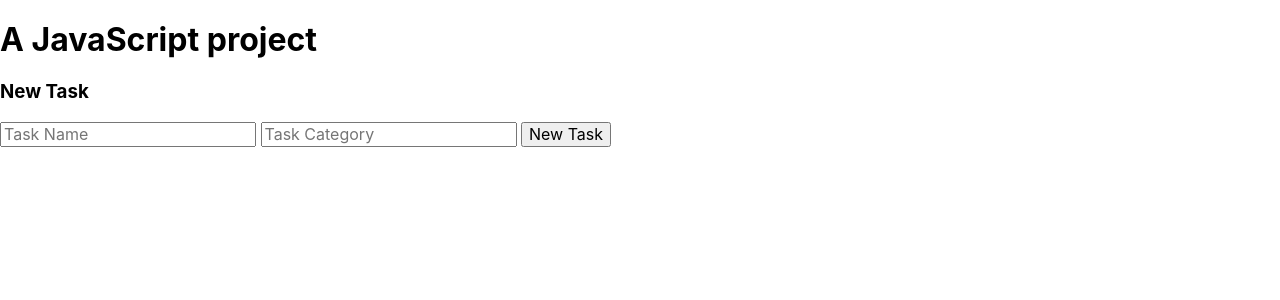
Repository: randysteele/todoapp-
Page: src/index.html
The author's editor kept a copy of each file at every save. The page is drawn from the files as they stood at one save, then again after the next save.
The browser window is 1280 px wide. The pictures show the whole page.
The page's requests for data from a server got no answer.

Above is the page before, as saved 2021-02-09 16:18:07.
Console error: SyntaxError: Identifier 'backend_url' has already been declared

### src/index.html
<!DOCTYPE html>
<html lang="en">
<head>
  <title>A JavaScript project</title>
  <link rel="stylesheet" href="style.css">
  <meta name="viewport" content="width=device-width, initial-scale=1">
  <script type="application/javascript" src="/main.js" charset="UTF-8"></script>
  <script type="application/javascript" src="/task.js" charset="UTF-8"></script>

</head>
<body>
  <h1>A JavaScript project</h1>
  <div id="task-container">

  </div>
  <div class="form-container">
    <h3>New Task</h3>
    <form id="create-task-form" class="form">
     <input id="input-name" type="text" name="name" value="" placeholder="Task Name">
     <input id="input-name" type="text" name="name" value="" placeholder="Task Category">
     <input id="Add New Task" type="submit" name="New Task" value="New Task">

    </form>


  </div>

  <div id="app"></div>
  <script src="main.js"></script>
</body>
</html>

### src/main.js
'use strict';
const backend_url = "http://localhost:3000/tasks"

document.addEventListener('DOMContentLoaded', () => {
  getTasks();


const createTaskForm = document.getElementById("create-task-form");

  createTaskForm.addEventListener("submit", (e) => {
    e.preventDefault();
  })
});


function getTasks(){
  fetch(backend_url)
  .then(response => response.json())
  .then(list => {
    list.forEach(task => {
      const taskMarkup = `
      <div> ${task.id}.</div>
      <h3> Task: ${task.content}</h3>
      <div> Category: ${task.category}</div>
      `
      // debugger
      document.getElementById("task-container").innerHTML += taskMarkup
    })
  })}

### src/task.js
class Task {

    constructor(task){
        this.id = task.id
        this.content = task.content
        this.category = task.category
        this.date = task.date
        Task.all.push(this);
        debugger
    }

    renderTaskCard(){
        return `
        <div data-id=${this.id}>
        <div data-id=${this.content}>
        <div data-id=${this.category}>
        <div data-id=${this.date}>
        </div></div></div></div>
        `;

    }
}
Task.all = [];

Loaded but not shown: src/style.css (common file)

After the next save:
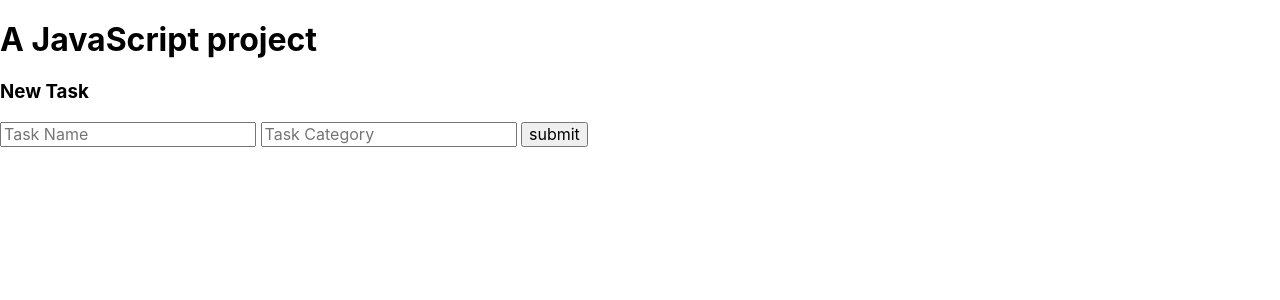
Saved 2 min 31 s later.
--- a/src/index.html
+++ b/src/index.html
@@ -18,7 +18,7 @@
     <form id="create-task-form" class="form">
      <input id="input-name" type="text" name="name" value="" placeholder="Task Name">
      <input id="input-name" type="text" name="name" value="" placeholder="Task Category">
-     <input id="Add New Task" type="submit" name="New Task" value="New Task">
+     <input id="submit" type="submit" name="submit" value="submit">
 
     </form>
 
